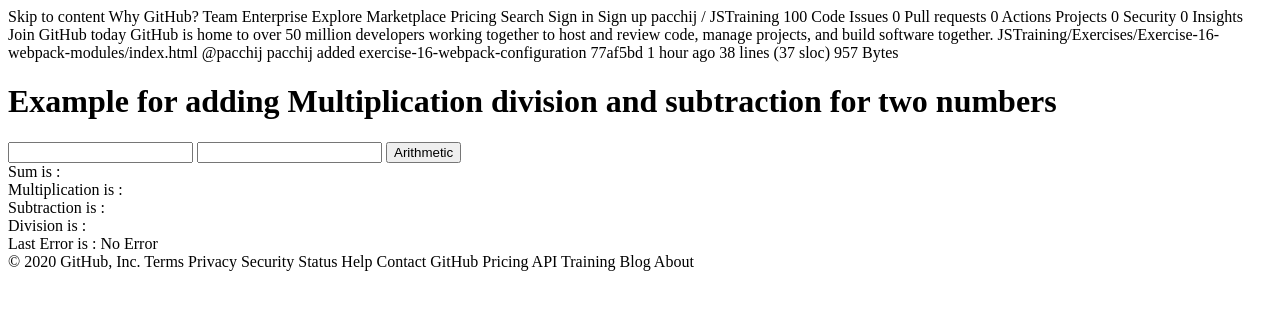
Repository: priyanalleboina/JsTraining
Page: Priyanka _JsExcercies/WebPackExmp-ts/index.html
These files come from the project's save history. The page is drawn as it stood at one moment and after the next save; the edit follows.
The browser window is 1280 px wide. The pictures show the whole page.

Above is the page before, as saved 2020-05-26 10:36:12.
Not found: Priyanka _JsExcercies/WebPackExmp-ts/dist/main.js

After the next save:
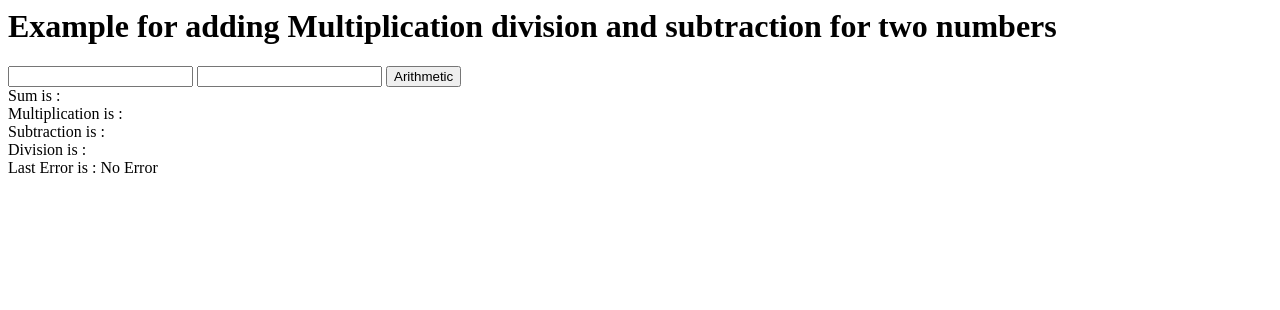
Saved 26 s later.
--- a/Priyanka _JsExcercies/WebPackExmp-ts/index.html
+++ b/Priyanka _JsExcercies/WebPackExmp-ts/index.html
@@ -1,32 +1,3 @@
-Skip to content
-Why GitHub?
-Team
-Enterprise
-Explore
-Marketplace
-Pricing
-Search
-
-Sign in
-Sign up
-pacchij
-/
-JSTraining
-100
- Code
- Issues 0
- Pull requests 0 Actions
- Projects 0
- Security 0
- Insights
-Join GitHub today
-GitHub is home to over 50 million developers working together to host and review code, manage projects, and build software together.
-
-JSTraining/Exercises/Exercise-16-webpack-modules/index.html
-@pacchij pacchij added exercise-16-webpack-configuration
-77af5bd 1 hour ago
-38 lines (37 sloc)  957 Bytes
-
 <html lang="en">
 <head>
   <meta charset="UTF-8">
@@ -65,15 +36,3 @@ JSTraining/Exercises/Exercise-16-webpack-modules/index.html
   </div>
 </body>
 </html>
-© 2020 GitHub, Inc.
-Terms
-Privacy
-Security
-Status
-Help
-Contact GitHub
-Pricing
-API
-Training
-Blog
-About
